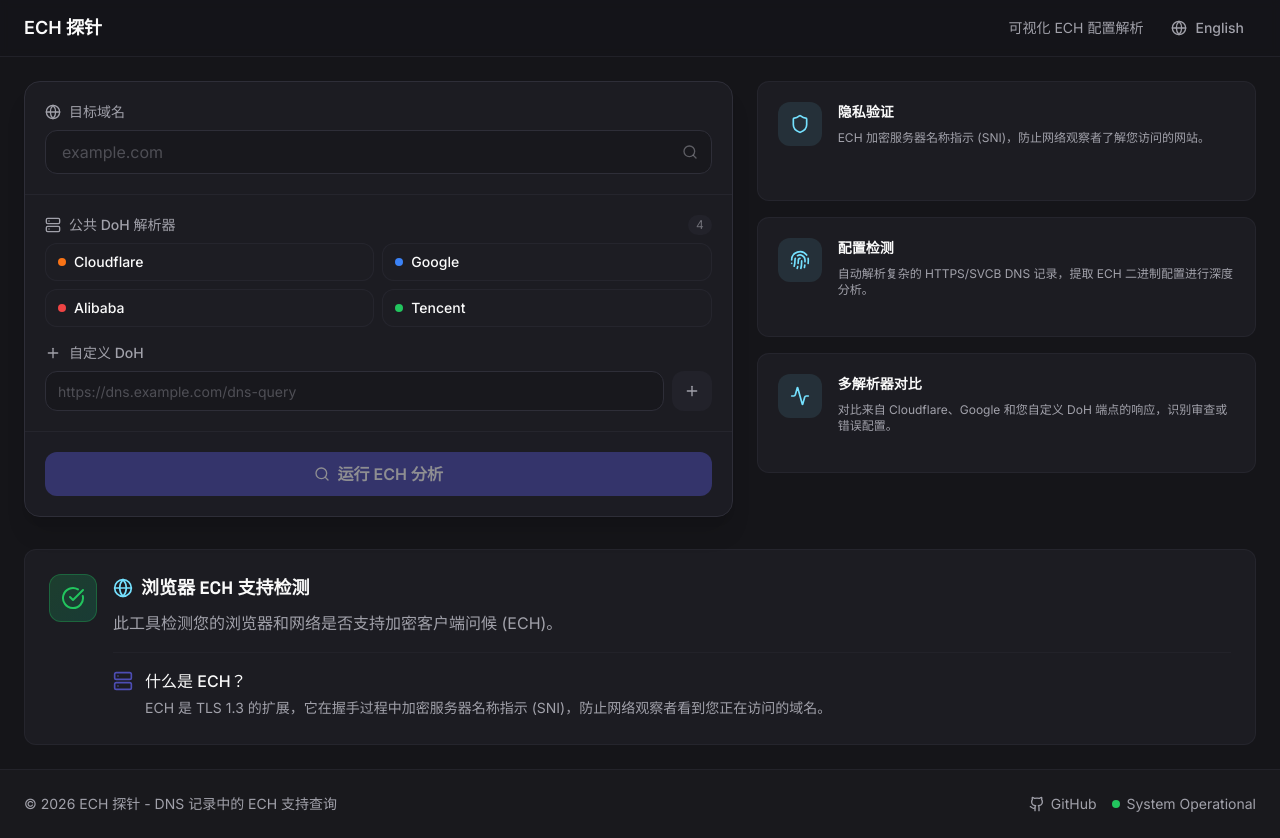
Repository: coolapijust/Ech-probe
Page: /
An editor plug-in stored every save of this project. The page is shown before and after the next save, followed by the edit.
The browser window is 1280 px wide. The pictures show the whole page.
The project was rebuilt for these pictures with package versions that can differ from the ones it lists, and the page was loaded fresh each time. The framework's server and built-in components were replaced by stand-ins that run in the browser. Also part of the build but not shown: next.config.mjs, src/components/ui/card.tsx, src/components/ui/table.tsx, src/components/ui/badge.tsx, src/components/ui/label.tsx, src/components/ECHProbe/ResultsDisplay.tsx.

Above is the page before, as saved 2026-03-13 21:35:05.

### src/app/layout.tsx

import type {Metadata} from 'next';
import './globals.css';
import { Toaster } from "@/components/ui/toaster";
import { LanguageProvider } from '@/context/LanguageContext';

export const metadata: Metadata = {
  title: 'ECH Probe | Secure DNS Analysis',
  description: 'Advanced ECHConfig detection and DNS analysis tool.',
};

export default function RootLayout({
  children,
}: Readonly<{
  children: React.ReactNode;
}>) {
  return (
    <html lang="en" className="dark">
      <head>
        <link rel="preconnect" href="https://fonts.googleapis.com" />
        <link rel="preconnect" href="https://fonts.gstatic.com" crossOrigin="anonymous" />
        <link href="https://fonts.googleapis.com/css2?family=Inter:wght@400;500;600&family=Space+Grotesk:wght@500;700&display=swap" rel="stylesheet" />
      </head>
      <body className="font-body antialiased bg-background text-foreground min-h-screen">
        <LanguageProvider>
          {children}
          <Toaster />
        </LanguageProvider>
      </body>
    </html>
  );
}

### src/app/page.tsx
'use client';

import { useState } from 'react';
import { DomainForm } from '@/components/ECHProbe/DomainForm';
import { ResultsDisplay } from '@/components/ECHProbe/ResultsDisplay';
import { performECHAnalysis, ResolverResult } from '@/app/actions/dns';
import { Shield, Fingerprint, Activity, Globe, Server, CheckCircle, Github } from 'lucide-react';
import { useLanguage } from '@/context/LanguageContext';
import { LanguageSwitcher } from '@/components/LanguageSwitcher';

export default function Home() {
  const [results, setResults] = useState<ResolverResult[]>([]);
  const [domain, setDomain] = useState('');
  const [isAnalyzing, setIsAnalyzing] = useState(false);
  const { t } = useLanguage();

  const handleAnalyze = async (domain: string, resolvers: string[], custom: string[]) => {
    setIsAnalyzing(true);
    setDomain(domain);
    try {
      const data = await performECHAnalysis(domain, resolvers, custom);
      setResults(data);
    } catch (err) {
      console.error(err);
    } finally {
      setIsAnalyzing(false);
    }
  };

  return (
    <div className="min-h-screen flex flex-col">
      {/* Header Bar - No Logo */}
      <header className="border-b border-border/50 bg-background/80 backdrop-blur-sm">
        <div className="flex items-center justify-between px-6 h-14">
          <span className="font-bold text-lg">{t.title}</span>
          <div className="flex items-center gap-4">
            <span className="text-sm text-muted-foreground hidden sm:inline">{t.badge}</span>
            <LanguageSwitcher />
          </div>
        </div>
      </header>

      {/* Main Content - Full Width */}
      <main className="flex-1 p-4 lg:p-6">
        {/* Content Grid - Form takes majority */}
        <div className="grid lg:grid-cols-12 gap-4 lg:gap-6">
          {/* Left Column - Form (7 columns) */}
          <div className="lg:col-span-7">
            <DomainForm onAnalyze={handleAnalyze} isLoading={isAnalyzing} />
          </div>

          {/* Right Column - Features vertical stack (5 columns) */}
          <div className="lg:col-span-5">
            {!isAnalyzing && results.length === 0 && (
              <div className="space-y-4">
                <FeatureCard
                  icon={<Shield className="w-5 h-5" />}
                  title={t.privacyVerified}
                  description={t.privacyDesc}
                />
                <FeatureCard
                  icon={<Fingerprint className="w-5 h-5" />}
                  title={t.configDetection}
                  description={t.configDesc}
                />
                <FeatureCard
                  icon={<Activity className="w-5 h-5" />}
                  title={t.multiResolver}
                  description={t.multiDesc}
                />
              </div>
            )}
          </div>
        </div>

        {/* Results Section - Full Width */}
        {results.length > 0 && (
          <div className="mt-6">
            <ResultsDisplay results={results} domain={domain} />
          </div>
        )}

        {/* Bottom Section - ECH Explanation */}
        {!isAnalyzing && (
          <div className="mt-8">
            <div className="bg-card border border-border/50 rounded-xl p-6">
              <div className="flex items-start gap-4">
                <div className="w-12 h-12 rounded-xl bg-gradient-to-br from-green-500/20 to-emerald-500/20 border border-green-500/30 flex items-center justify-center shrink-0">
                  <CheckCircle className="w-6 h-6 text-green-500" />
                </div>
                <div className="flex-1">
                  <h3 className="text-lg font-semibold mb-2 flex items-center gap-2">
                    <Globe className="w-5 h-5 text-accent" />
                    {t.echCheckTitle}
                  </h3>
                  <p className="text-muted-foreground leading-relaxed mb-4">
                    {t.echCheckDesc}
                  </p>
                  <div className="flex items-start gap-3 pt-4 border-t border-border/30">
                    <Server className="w-5 h-5 text-primary mt-0.5 shrink-0" />
                    <div>
                      <span className="font-medium">{t.echWhatIs}</span>
                      <p className="text-sm text-muted-foreground mt-1 leading-relaxed">
                        {t.echExplain}
                      </p>
                    </div>
                  </div>
                </div>
              </div>
            </div>
          </div>
        )}
      </main>

      {/* Footer */}
      <footer className="border-t border-border/50 bg-muted/30 p-4 lg:p-6">
        <div className="container mx-auto">
          <div className="flex flex-col sm:flex-row justify-between items-center gap-2 text-sm text-muted-foreground">
            <p>{t.footer.replace('{year}', new Date().getFullYear().toString())}</p>
            <div className="flex items-center gap-4">
              <a
                href="https://github.com/coolapijust/Ech-probe"
                target="_blank"
                rel="noopener noreferrer"
                className="flex items-center gap-1.5 hover:text-accent transition-colors"
              >
                <Github className="w-4 h-4" />
                GitHub
              </a>
              <span className="flex items-center gap-1.5">
                <span className="w-2 h-2 rounded-full bg-green-500" />
                System Operational
              </span>
            </div>
          </div>
        </div>
      </footer>
    </div>
  );
}

function FeatureCard({ icon, title, description }: { icon: React.ReactNode; title: string; description: string }) {
  return (
    <div className="flex items-start gap-3 lg:gap-4 p-4 lg:p-5 rounded-xl bg-card border border-border/50 hover:border-accent/30 transition-colors min-h-[100px] lg:min-h-[120px]">
      <div className="w-10 h-10 lg:w-11 lg:h-11 rounded-lg bg-accent/10 flex items-center justify-center text-accent shrink-0">
        {icon}
      </div>
      <div className="flex-1">
        <h3 className="font-semibold text-sm mb-1 lg:mb-2">{title}</h3>
        <p className="text-[11px] lg:text-xs text-muted-foreground leading-relaxed">{description}</p>
      </div>
    </div>
  );
}

### src/app/globals.css

@tailwind base;
@tailwind components;
@tailwind utilities;

@layer base {
  :root {
    --background: 240 10% 9%; /* #15151A */
    --foreground: 0 0% 98%;
    --card: 240 10% 12%;
    --card-foreground: 0 0% 98%;
    --popover: 240 10% 9%;
    --popover-foreground: 0 0% 98%;
    --primary: 240 40% 50%; /* #4D4DB3 approx */
    --primary-foreground: 0 0% 100%;
    --secondary: 240 10% 15%;
    --secondary-foreground: 0 0% 98%;
    --muted: 240 10% 15%;
    --muted-foreground: 240 5% 65%;
    --accent: 193 100% 73%; /* #75E1FF */
    --accent-foreground: 240 10% 9%;
    --destructive: 0 62.8% 30.6%;
    --destructive-foreground: 0 0% 98%;
    --border: 240 10% 20%;
    --input: 240 10% 20%;
    --ring: 193 100% 73%;
    --radius: 0.75rem;
  }
}

@layer base {
  * {
    @apply border-border;
  }
  body {
    @apply bg-background text-foreground font-body;
  }
  h1, h2, h3, h4, h5, h6 {
    @apply font-headline;
  }
}

### src/components/ui/toaster.tsx
"use client"

import { useToast } from "@/hooks/use-toast"
import {
  Toast,
  ToastClose,
  ToastDescription,
  ToastProvider,
  ToastTitle,
  ToastViewport,
} from "@/components/ui/toast"

export function Toaster() {
  const { toasts } = useToast()

  return (
    <ToastProvider>
      {toasts.map(function ({ id, title, description, action, ...props }) {
        return (
          <Toast key={id} {...props}>
            <div className="grid gap-1">
              {title && <ToastTitle>{title}</ToastTitle>}
              {description && (
                <ToastDescription>{description}</ToastDescription>
              )}
            </div>
            {action}
            <ToastClose />
          </Toast>
        )
      })}
      <ToastViewport />
    </ToastProvider>
  )
}

### src/context/LanguageContext.tsx

'use client';

import React, { createContext, useContext, useState, ReactNode } from 'react';
import { translations, Language } from '@/lib/i18n';

interface LanguageContextType {
  language: Language;
  setLanguage: (lang: Language) => void;
  t: any;
}

const LanguageContext = createContext<LanguageContextType | undefined>(undefined);

export function LanguageProvider({ children }: { children: ReactNode }) {
  const [language, setLanguage] = useState<Language>('cn'); // 默认中文

  const t = translations[language];

  return (
    <LanguageContext.Provider value={{ language, setLanguage, t }}>
      {children}
    </LanguageContext.Provider>
  );
}

export function useLanguage() {
  const context = useContext(LanguageContext);
  if (context === undefined) {
    throw new Error('useLanguage must be used within a LanguageProvider');
  }
  return context;
}

### src/app/actions/dns.ts
'use server';

import { parseECHFromHttpsRecord } from '@/lib/dns-parser';
import { queryDoH } from '@/lib/doh-query';

import { ECHConfigDetail } from '@/lib/dns-parser';

export type ResolverResult = {
  resolverName: string;
  echConfigDetected: boolean;
  echConfigDetails: ECHConfigDetail | null;
  errorMessage: string | null;
  rawResponse?: string;
};

const PRESET_RESOLVERS = [
  { name: 'Cloudflare', url: 'https://cloudflare-dns.com/dns-query' },
  { name: 'Google', url: 'https://dns.google/resolve' },
  { name: 'Alibaba', url: 'https://dns.alidns.com/resolve' },
  { name: 'Tencent', url: 'https://doh.pub/dns-query' },
];

export async function performECHAnalysis(
  domain: string,
  selectedResolvers: string[],
  customResolvers: string[] = []
): Promise<ResolverResult[]> {
  const resolversToQuery = PRESET_RESOLVERS.filter(r => selectedResolvers.includes(r.name));

  const dohPromises = resolversToQuery.map(async (res) => {
    try {
      const records = await queryDoH(domain, res.url);
      const echDetails = records.map(parseECHFromHttpsRecord).find(d => d !== null) || null;
      return {
        resolverName: res.name,
        echConfigDetected: !!echDetails,
        echConfigDetails: echDetails,
        errorMessage: null,
        rawResponse: records.join('\n')
      };
    } catch (err: any) {
      let errorMsg = err.message || 'Unknown error';
      if (err.name === 'AbortError') {
        errorMsg = 'Request timeout';
      }
      return {
        resolverName: res.name,
        echConfigDetected: false,
        echConfigDetails: null,
        errorMessage: errorMsg
      };
    }
  });

  const customPromises = customResolvers.map(async (url) => {
    try {
      const records = await queryDoH(domain, url);
      const echDetails = records.map(parseECHFromHttpsRecord).find(d => d !== null) || null;
      return {
        resolverName: `Custom (${new URL(url).hostname})`,
        echConfigDetected: !!echDetails,
        echConfigDetails: echDetails,
        errorMessage: null,
        rawResponse: records.join('\n')
      };
    } catch (err: any) {
      let errorMsg = err.message || 'Unknown error';
      if (err.name === 'AbortError') {
        errorMsg = 'Request timeout';
      }
      return {
        resolverName: 'Custom Resolver',
        echConfigDetected: false,
        echConfigDetails: null,
        errorMessage: errorMsg
      };
    }
  });

  const allResults = await Promise.all([...dohPromises, ...customPromises]);
  return allResults;
}

### src/components/LanguageSwitcher.tsx

'use client';

import { useLanguage } from '@/context/LanguageContext';
import { Button } from '@/components/ui/button';
import { Globe } from 'lucide-react';

export function LanguageSwitcher() {
  const { language, setLanguage } = useLanguage();

  return (
    <Button
      variant="ghost"
      size="sm"
      onClick={() => setLanguage(language === 'en' ? 'cn' : 'en')}
      className="flex items-center gap-2 text-muted-foreground hover:text-accent"
    >
      <Globe className="w-4 h-4" />
      {language === 'en' ? '中文' : 'English'}
    </Button>
  );
}

### src/components/ui/button.tsx
import * as React from "react"
import { Slot } from "@radix-ui/react-slot"
import { cva, type VariantProps } from "class-variance-authority"

import { cn } from "@/lib/utils"

const buttonVariants = cva(
  "inline-flex items-center justify-center gap-2 whitespace-nowrap rounded-md text-sm font-medium ring-offset-background transition-colors focus-visible:outline-none focus-visible:ring-2 focus-visible:ring-ring focus-visible:ring-offset-2 disabled:pointer-events-none disabled:opacity-50 [&_svg]:pointer-events-none [&_svg]:size-4 [&_svg]:shrink-0",
  {
    variants: {
      variant: {
        default: "bg-primary text-primary-foreground hover:bg-primary/90",
        destructive:
          "bg-destructive text-destructive-foreground hover:bg-destructive/90",
        outline:
          "border border-input bg-background hover:bg-accent hover:text-accent-foreground",
        secondary:
          "bg-secondary text-secondary-foreground hover:bg-secondary/80",
        ghost: "hover:bg-accent hover:text-accent-foreground",
        link: "text-primary underline-offset-4 hover:underline",
      },
      size: {
        default: "h-10 px-4 py-2",
        sm: "h-9 rounded-md px-3",
        lg: "h-11 rounded-md px-8",
        icon: "h-10 w-10",
      },
    },
    defaultVariants: {
      variant: "default",
      size: "default",
    },
  }
)

export interface ButtonProps
  extends React.ButtonHTMLAttributes<HTMLButtonElement>,
    VariantProps<typeof buttonVariants> {
  asChild?: boolean
}

const Button = React.forwardRef<HTMLButtonElement, ButtonProps>(
  ({ className, variant, size, asChild = false, ...props }, ref) => {
    const Comp = asChild ? Slot : "button"
    return (
      <Comp
        className={cn(buttonVariants({ variant, size, className }))}
        ref={ref}
        {...props}
      />
    )
  }
)
Button.displayName = "Button"

export { Button, buttonVariants }

### tailwind.config.ts

import type {Config} from 'tailwindcss';

export default {
  darkMode: ['class'],
  content: [
    './src/pages/**/*.{js,ts,jsx,tsx,mdx}',
    './src/components/**/*.{js,ts,jsx,tsx,mdx}',
    './src/app/**/*.{js,ts,jsx,tsx,mdx}',
  ],
  theme: {
    extend: {
      fontFamily: {
        body: ['Inter', 'sans-serif'],
        headline: ['Space Grotesk', 'sans-serif'],
        code: ['monospace'],
      },
      colors: {
        background: 'hsl(var(--background))',
        foreground: 'hsl(var(--foreground))',
        card: {
          DEFAULT: 'hsl(var(--card))',
          foreground: 'hsl(var(--card-foreground))',
        },
        popover: {
          DEFAULT: 'hsl(var(--popover))',
          foreground: 'hsl(var(--popover-foreground))',
        },
        primary: {
          DEFAULT: 'hsl(var(--primary))',
          foreground: 'hsl(var(--primary-foreground))',
        },
        secondary: {
          DEFAULT: 'hsl(var(--secondary))',
          foreground: 'hsl(var(--secondary-foreground))',
        },
        muted: {
          DEFAULT: 'hsl(var(--muted))',
          foreground: 'hsl(var(--muted-foreground))',
        },
        accent: {
          DEFAULT: 'hsl(var(--accent))',
          foreground: 'hsl(var(--accent-foreground))',
        },
        destructive: {
          DEFAULT: 'hsl(var(--destructive))',
          foreground: 'hsl(var(--destructive-foreground))',
        },
        border: 'hsl(var(--border))',
        input: 'hsl(var(--input))',
        ring: 'hsl(var(--ring))',
        chart: {
          '1': 'hsl(var(--chart-1))',
          '2': 'hsl(var(--chart-2))',
          '3': 'hsl(var(--chart-3))',
          '4': 'hsl(var(--chart-4))',
          '5': 'hsl(var(--chart-5))',
        },
        sidebar: {
          DEFAULT: 'hsl(var(--sidebar-background))',
          foreground: 'hsl(var(--sidebar-foreground))',
          primary: 'hsl(var(--sidebar-primary))',
          'primary-foreground': 'hsl(var(--sidebar-primary-foreground))',
          accent: 'hsl(var(--sidebar-accent))',
          'accent-foreground': 'hsl(var(--sidebar-accent-foreground))',
          border: 'hsl(var(--sidebar-border))',
          ring: 'hsl(var(--sidebar-ring))',
        },
      },
      borderRadius: {
        lg: 'var(--radius)',
        md: 'calc(var(--radius) - 2px)',
        sm: 'calc(var(--radius) - 4px)',
      },
      keyframes: {
        'accordion-down': {
          from: {
            height: '0',
          },
          to: {
            height: 'var(--radix-accordion-content-height)',
          },
        },
        'accordion-up': {
          from: {
            height: 'var(--radix-accordion-content-height)',
          },
          to: {
            height: '0',
          },
        },
      },
      animation: {
        'accordion-down': 'accordion-down 0.2s ease-out',
        'accordion-up': 'accordion-up 0.2s ease-out',
      },
    },
  },
  plugins: [require('tailwindcss-animate')],
} satisfies Config;

Loaded but not shown: src/hooks/use-toast.ts (common file); src/lib/utils.ts (common file); src/lib/dns-parser.ts (369 lines, source omitted); src/components/ECHProbe/DomainForm.tsx (167 lines, source omitted); src/lib/doh-query.ts (202 lines, source omitted); src/components/ui/toast.tsx (129 lines, source omitted); src/lib/i18n.ts (99 lines, source omitted)

After the next save:
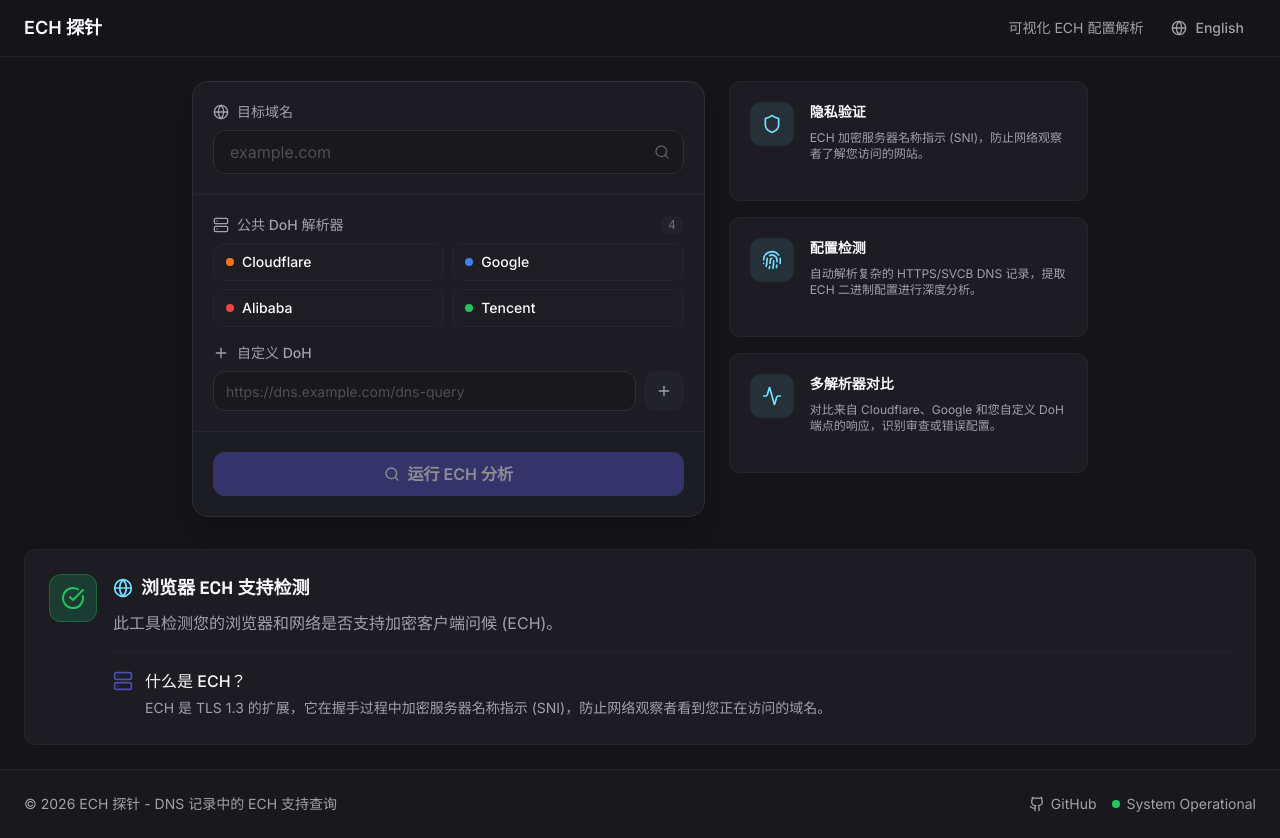
Saved 41 s later.
--- a/src/app/page.tsx
+++ b/src/app/page.tsx
@@ -40,37 +40,42 @@ export default function Home() {
         </div>
       </header>
 
-      {/* Main Content - Full Width */}
+      {/* Main Content - Centered */}
       <main className="flex-1 p-4 lg:p-6">
-        {/* Content Grid - Form takes majority */}
-        <div className="grid lg:grid-cols-12 gap-4 lg:gap-6">
-          {/* Left Column - Form (7 columns) */}
-          <div className="lg:col-span-7">
+        {/* Content - Centered Layout */}
+        <div className="max-w-4xl mx-auto">
+          {!isAnalyzing && results.length === 0 && (
+            <div className="grid lg:grid-cols-12 gap-4 lg:gap-6">
+              {/* Left Column - Form (7 columns) */}
+              <div className="lg:col-span-7">
+                <DomainForm onAnalyze={handleAnalyze} isLoading={isAnalyzing} />
+              </div>
+
+              {/* Right Column - Features vertical stack (5 columns) */}
+              <div className="lg:col-span-5">
+                <div className="space-y-4">
+                  <FeatureCard
+                    icon={<Shield className="w-5 h-5" />}
+                    title={t.privacyVerified}
+                    description={t.privacyDesc}
+                  />
+                  <FeatureCard
+                    icon={<Fingerprint className="w-5 h-5" />}
+                    title={t.configDetection}
+                    description={t.configDesc}
+                  />
+                  <FeatureCard
+                    icon={<Activity className="w-5 h-5" />}
+                    title={t.multiResolver}
+                    description={t.multiDesc}
+                  />
+                </div>
+              </div>
+            </div>
+          )}
+          {(isAnalyzing || results.length > 0) && (
             <DomainForm onAnalyze={handleAnalyze} isLoading={isAnalyzing} />
-          </div>
-
-          {/* Right Column - Features vertical stack (5 columns) */}
-          <div className="lg:col-span-5">
-            {!isAnalyzing && results.length === 0 && (
-              <div className="space-y-4">
-                <FeatureCard
-                  icon={<Shield className="w-5 h-5" />}
-                  title={t.privacyVerified}
-                  description={t.privacyDesc}
-                />
-                <FeatureCard
-                  icon={<Fingerprint className="w-5 h-5" />}
-                  title={t.configDetection}
-                  description={t.configDesc}
-                />
-                <FeatureCard
-                  icon={<Activity className="w-5 h-5" />}
-                  title={t.multiResolver}
-                  description={t.multiDesc}
-                />
-              </div>
-            )}
-          </div>
+          )}
         </div>
 
         {/* Results Section - Full Width */}
